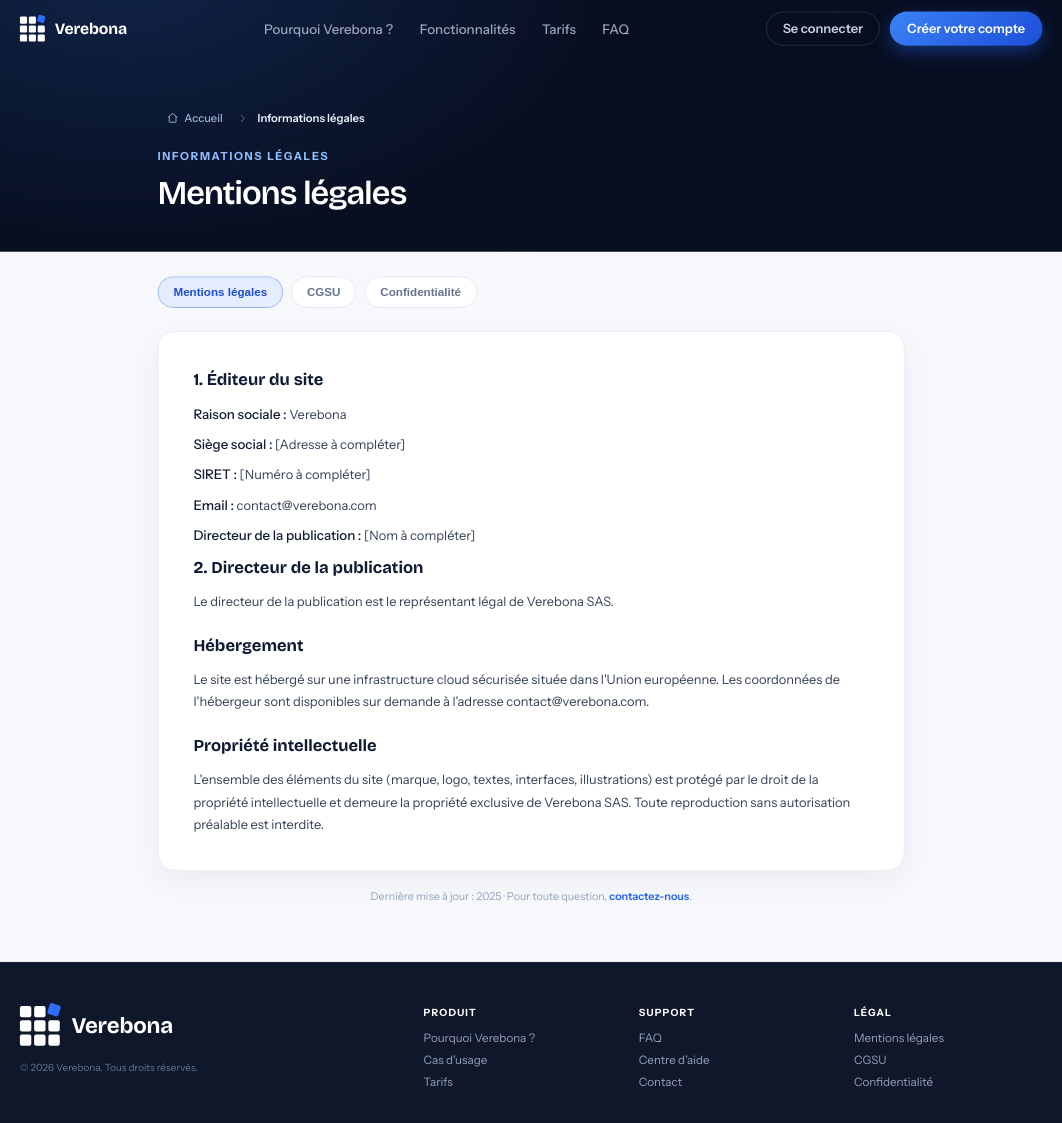
Repository: AdminVerebona/verebona-public
Page: /mentions-legales
The author's editor kept a copy of each file at every save. The page is drawn from the files as they stood at one save, then again after the next save.
The browser window is 1280 px wide. The pictures show the whole page, at 83% of full size.
The project was rebuilt for these pictures with package versions that can differ from the ones it lists, and the page was loaded fresh each time. Also part of the build but not shown: next.config.mjs, vite.config.js, vite.config.ts, src/composables/useLanding.ts, src/sections/HeroSection.vue, src/sections/WhySection.vue, src/sections/UseCasesSection.vue, src/sections/FeaturesSection.vue and 6 more.

Above is the page before, as saved 2026-07-10 15:11:12.

### index.html
<!doctype html>
<html lang="fr">
  <head>
    <meta charset="UTF-8" />
    <meta name="viewport" content="width=device-width, initial-scale=1.0" />
    <title>Verebona — Centralisez, organisez, valorisez vos biens</title>
    <meta
      name="description"
      content="Verebona centralise vos biens, documents et échéances pour les retrouver facilement, anticiper les dates importantes et valoriser vos biens le moment venu."
    />
  </head>
  <body>
    <div id="app"></div>
    <script type="module" src="/src/main.ts"></script>
  </body>
</html>

### src/main.ts
import { createApp } from 'vue'
import App from './App.vue'
import router from './router'
import { vHover } from './directives/hover'
import './style.css'

createApp(App)
  .use(router)
  .directive('hover', vHover)
  .mount('#app')

### src/App.vue
<template>
  <div style="background:#070E20;color:#EAF0FB;overflow-x:hidden;min-height:100vh">
    <AppHeader />
    <router-view />
    <AppFooter />
  </div>
</template>

<script setup lang="ts">
import { onMounted, watch, nextTick } from 'vue'
import { useRoute } from 'vue-router'
import AppHeader from './components/AppHeader.vue'
import AppFooter from './components/AppFooter.vue'
import { useScrollReveal } from './composables/useScrollReveal'

const route = useRoute()
const { scan } = useScrollReveal()

onMounted(() => { scan() })

// Re-scan reveal targets whenever the route (page) changes.
watch(
  () => route.fullPath,
  () => { nextTick(() => setTimeout(scan, 60)) },
)
</script>

### src/router/index.ts
import { createRouter, createWebHistory } from 'vue-router'
import HomeView from '../views/HomeView.vue'

const routes = [
  { path: '/', name: 'home', component: HomeView },
  { path: '/aide', name: 'help', component: () => import('../views/HelpView.vue') },
  { path: '/contact', name: 'contact', component: () => import('../views/ContactView.vue') },
  { path: '/mentions-legales', name: 'legal-mentions', component: () => import('../views/LegalView.vue') },
  { path: '/cgu', name: 'legal-cgu', component: () => import('../views/LegalView.vue') },
  { path: '/confidentialite', name: 'legal-confid', component: () => import('../views/LegalView.vue') },
  { path: '/:pathMatch(.*)*', name: 'not-found', component: () => import('../views/NotFoundView.vue') },
]

const router = createRouter({
  history: createWebHistory(),
  routes,
  scrollBehavior(to) {
    if (to.hash) return { el: to.hash, behavior: 'smooth' }
    return { top: 0 }
  },
})

export default router

### src/directives/hover.ts
import type { Directive } from 'vue'

/**
 * v-hover — applies a set of inline styles while the pointer is over the
 * element, and restores the previous values on leave. Reproduces the
 * `style-hover` behaviour of the design prototype.
 *
 * Usage:  <a v-hover="{ color: '#fff', transform: 'translateY(-1px)' }">
 */
type HoverStyles = Record<string, string>

interface HoverEl extends HTMLElement {
  __hoverEnter?: () => void
  __hoverLeave?: () => void
}

export const vHover: Directive<HoverEl, HoverStyles> = {
  mounted(el, binding) {
    const styles = binding.value || {}
    const original: HoverStyles = {}

    const enter = () => {
      for (const key in styles) {
        original[key] = (el.style as any)[key]
        ;(el.style as any)[key] = styles[key]
      }
    }
    const leave = () => {
      for (const key in styles) {
        ;(el.style as any)[key] = original[key] || ''
      }
    }

    el.__hoverEnter = enter
    el.__hoverLeave = leave
    el.addEventListener('mouseenter', enter)
    el.addEventListener('mouseleave', leave)
  },
  unmounted(el) {
    if (el.__hoverEnter) el.removeEventListener('mouseenter', el.__hoverEnter)
    if (el.__hoverLeave) el.removeEventListener('mouseleave', el.__hoverLeave)
  },
}

### src/composables/useScrollReveal.ts
/**
 * Scroll-reveal: adds `.vb-in` to `.vb-reveal` / `.vb-rgroup` elements as they
 * enter the viewport (staggering the children of a group). Ported from the
 * prototype's IntersectionObserver logic. Honours prefers-reduced-motion and
 * has a safety timeout so content is never left hidden.
 */
let io: IntersectionObserver | null = null

const reduce =
  typeof window !== 'undefined' &&
  !!window.matchMedia &&
  window.matchMedia('(prefers-reduced-motion: reduce)').matches

if (!reduce && typeof document !== 'undefined') {
  document.documentElement.classList.add('vb-anim')
}

function revealAll() {
  document.querySelectorAll('.vb-reveal').forEach((e) => e.classList.add('vb-in'))
  document.querySelectorAll('.vb-rgroup > *').forEach((e) => e.classList.add('vb-in'))
}

function ensureObserver() {
  if (io || reduce || typeof window === 'undefined' || !('IntersectionObserver' in window)) return
  io = new IntersectionObserver(
    (entries) => {
      entries.forEach((entry) => {
        if (!entry.isIntersecting) return
        const el = entry.target as HTMLElement
        io!.unobserve(el)
        if (el.classList.contains('vb-rgroup')) {
          Array.from(el.children).forEach((c, i) => {
            ;(c as HTMLElement).style.transitionDelay = i * 90 + 'ms'
            c.classList.add('vb-in')
          })
        } else {
          el.classList.add('vb-in')
        }
      })
    },
    { threshold: 0.12, rootMargin: '0px 0px -8% 0px' },
  )
}

export function useScrollReveal() {
  function scan() {
    if (reduce || typeof window === 'undefined' || !('IntersectionObserver' in window)) {
      revealAll()
      return
    }
    ensureObserver()
    document.querySelectorAll('.vb-reveal, .vb-rgroup').forEach((el) => io!.observe(el))
    // Safety net: never leave content hidden.
    window.setTimeout(revealAll, 2200)
  }
  return { scan }
}

### src/views/LegalView.vue
<template>
<section style="position:relative;padding:128px 24px 48px;overflow:hidden;background:radial-gradient(1000px 560px at 12% -10%,rgba(59,130,246,.18),transparent 60%),#070E20">
  <div style="position:absolute;inset:0;background-image:radial-gradient(rgba(148,163,184,.09) 1px,transparent 1px);background-size:34px 34px;-webkit-mask-image:linear-gradient(to bottom,#000,transparent 85%);mask-image:linear-gradient(to bottom,#000,transparent 85%);pointer-events:none"></div>
  <div style="max-width:900px;margin:0 auto;position:relative">
    <nav aria-label="Fil d'Ariane" style="margin-bottom:24px"><ol style="display:flex;align-items:center;gap:6px;list-style:none;margin:0;padding:0;font-size:13.5px"><li style="display:flex;align-items:center"><a href="#" @click.prevent="goHome" style="display:inline-flex;align-items:center;gap:7px;color:#9FB4D8;font-weight:500;padding:6px 11px;border-radius:9px;cursor:pointer;transition:color .15s,background .15s" v-hover="{color:'#fff',background:'rgba(255,255,255,.06)'}"><svg width="14" height="14" viewBox="0 0 24 24" fill="none" stroke="currentColor" stroke-width="1.9" stroke-linecap="round" stroke-linejoin="round"><path d="M3 10.5 12 3l9 7.5"/><path d="M5 9.5V20a1 1 0 0 0 1 1h12a1 1 0 0 0 1-1V9.5"/></svg>Accueil</a></li><li aria-hidden="true" style="display:flex;color:#42557A"><svg width="15" height="15" viewBox="0 0 24 24" fill="none" stroke="currentColor" stroke-width="2" stroke-linecap="round" stroke-linejoin="round"><path d="M9 6l6 6-6 6"/></svg></li><li aria-current="page" style="color:#EAF0FB;font-weight:600;padding:6px 4px">{{ crumbLabel }}</li></ol></nav>
    <div style="font-size:13.5px;letter-spacing:.15em;text-transform:uppercase;font-weight:800;color:#8FBEFF;margin-bottom:16px">Informations légales</div>
    <h1 style="font-size:40px;line-height:1.08;font-weight:600;letter-spacing:-.025em;color:#fff">{{ legalTitle }}</h1>
  </div>
</section>
<section style="background:#F6F8FC;padding:30px 24px 72px">
  <div style="max-width:900px;margin:0 auto">
    <div style="display:flex;flex-wrap:wrap;gap:10px;margin-bottom:28px">
      <button type="button" :style="legalMentionsStyle" @click.prevent="goMentions">Mentions légales</button>
      <button type="button" :style="legalCGUStyle" @click.prevent="goCGU">CGSU</button>
      <button type="button" :style="legalConfidStyle" @click.prevent="goConfid">Confidentialité</button>
    </div>
    <div style="background:#fff;border:1px solid #E6EBF3;border-radius:20px;padding:40px 42px;box-shadow:0 12px 34px rgba(15,27,51,.05)">
      <template v-if="isMentions">
        <div style="font-size:15.5px;line-height:1.75;color:#334155">
          <h2 style="font-size:20px;font-weight:700;color:#0F1B33;font-family:'Bricolage Grotesque',sans-serif;margin:0 0 10px">1. Éditeur du site</h2>
          <p style="margin:0 0 8px"><span style="font-size:16px;font-weight:500;color:#0F1B33">Raison sociale :</span> Verebona</p>
          <p style="margin:0 0 8px"><span style="font-size:16px;font-weight:500;color:#0F1B33">Siège social :</span> [Adresse à compléter]</p>
          <p style="margin:0 0 8px"><span style="font-size:16px;font-weight:500;color:#0F1B33">SIRET :</span> [Numéro à compléter]</p>
          <p style="margin:0 0 8px"><span style="font-size:16px;font-weight:500;color:#0F1B33">Email :</span> contact@verebona.com</p>
          <p style="margin:0 0 8px"><span style="font-size:16px;font-weight:500;color:#0F1B33">Directeur de la publication :</span> [Nom à compléter]</p>
          <h2 style="font-size:20px;font-weight:700;color:#0F1B33;font-family:'Bricolage Grotesque',sans-serif;margin:0 0 10px">2. Directeur de la publication</h2>
          <p style="margin:0 0 22px">Le directeur de la publication est le représentant légal de Verebona SAS.</p>
          <h2 style="font-size:20px;font-weight:700;color:#0F1B33;font-family:'Bricolage Grotesque',sans-serif;margin:0 0 10px">Hébergement</h2>
          <p style="margin:0 0 22px">Le site est hébergé sur une infrastructure cloud sécurisée située dans l'Union européenne. Les coordonnées de l'hébergeur sont disponibles sur demande à l'adresse contact@verebona.com.</p>
          <h2 style="font-size:20px;font-weight:700;color:#0F1B33;font-family:'Bricolage Grotesque',sans-serif;margin:0 0 10px">Propriété intellectuelle</h2>
          <p style="margin:0">L'ensemble des éléments du site (marque, logo, textes, interfaces, illustrations) est protégé par le droit de la propriété intellectuelle et demeure la propriété exclusive de Verebona SAS. Toute reproduction sans autorisation préalable est interdite.</p>
        </div>
      </template>
      <template v-if="isCGU">
        <div style="font-size:15.5px;line-height:1.75;color:#334155">
          <h2 style="font-size:20px;font-weight:700;color:#0F1B33;font-family:'Bricolage Grotesque',sans-serif;margin:0 0 10px">1. Objet</h2>
          <p style="margin:0 0 22px">Les présentes conditions générales de service et d'utilisation (CGSU) définissent les modalités d'accès et d'utilisation de la plateforme Verebona, service de centralisation et d'organisation documentaire du patrimoine.</p>
          <h2 style="font-size:20px;font-weight:700;color:#0F1B33;font-family:'Bricolage Grotesque',sans-serif;margin:0 0 10px">2. Compte et abonnement</h2>
          <p style="margin:0 0 22px">L'accès au service nécessite la création d'un compte et la souscription d'une offre. L'utilisateur s'engage à fournir des informations exactes et à préserver la confidentialité de ses identifiants.</p>
          <h2 style="font-size:20px;font-weight:700;color:#0F1B33;font-family:'Bricolage Grotesque',sans-serif;margin:0 0 10px">3. Nature du service</h2>
          <p style="margin:0 0 22px">Verebona est une plateforme d'organisation. Les documents importés ne sont ni certifiés, ni validés, ni garantis juridiquement. L'utilisateur reste seul responsable de l'exactitude des informations qu'il enregistre.</p>
          <h2 style="font-size:20px;font-weight:700;color:#0F1B33;font-family:'Bricolage Grotesque',sans-serif;margin:0 0 10px">4. Responsabilités</h2>
          <p style="margin:0 0 22px">Verebona met en œuvre les moyens raisonnables pour assurer la disponibilité et la sécurité du service, sans obligation de résultat concernant une disponibilité ininterrompue.</p>
          <h2 style="font-size:20px;font-weight:700;color:#0F1B33;font-family:'Bricolage Grotesque',sans-serif;margin:0 0 10px">5. Résiliation</h2>
          <p style="margin:0">L'utilisateur peut résilier son abonnement à tout moment. Des modalités de récupération des données sont prévues afin d'éviter tout verrouillage à la fin du contrat.</p>
        </div>
      </template>
      <template v-if="isConfid">
        <div style="font-size:15.5px;line-height:1.75;color:#334155">
          <h2 style="font-size:20px;font-weight:700;color:#0F1B33;font-family:'Bricolage Grotesque',sans-serif;margin:0 0 10px">Données collectées</h2>
          <p style="margin:0 0 22px">Verebona collecte les données nécessaires au fonctionnement du service : informations de compte, contenus importés (fiches de biens, documents) et données d'usage strictement utiles à l'amélioration du service.</p>
          <h2 style="font-size:20px;font-weight:700;color:#0F1B33;font-family:'Bricolage Grotesque',sans-serif;margin:0 0 10px">Finalités</h2>
          <p style="margin:0 0 22px">Les données sont traitées pour fournir le service, assurer la sécurité, et répondre aux obligations légales. Elles ne sont jamais cédées à des tiers à des fins commerciales.</p>
          <h2 style="font-size:20px;font-weight:700;color:#0F1B33;font-family:'Bricolage Grotesque',sans-serif;margin:0 0 10px">Sécurité</h2>
          <p style="margin:0 0 22px">Vos données sont chiffrées lors du stockage et des échanges, et hébergées sur une infrastructure sécurisée au sein de l'Union européenne.</p>
          <h2 style="font-size:20px;font-weight:700;color:#0F1B33;font-family:'Bricolage Grotesque',sans-serif;margin:0 0 10px">Vos droits</h2>
          <p style="margin:0">Conformément au RGPD, vous disposez d'un droit d'accès, de rectification, de portabilité et de suppression de vos données. Pour exercer ces droits, écrivez à contact@verebona.com.</p>
        </div>
      </template>
    </div>
    <p style="font-size:13px;color:#94A3B8;margin-top:22px;text-align:center">Dernière mise à jour : 2025 · Pour toute question, <a href="#" @click.prevent="goContact" style="color:#2563EB;font-weight:600">contactez-nous</a>.</p>
  </div>
</section>
</template>

<script setup lang="ts">
import { useLegal } from '../composables/useLegal'
import { useNav } from '../composables/useNav'
const { isMentions, isCGU, isConfid, legalTitle, legalMentionsStyle, legalCGUStyle, legalConfidStyle, crumbLabel } = useLegal()
const { goHome, goContact, goMentions, goCGU, goConfid } = useNav()
</script>

### src/composables/useNav.ts
import { ref, computed, nextTick } from 'vue'
import { useRouter, useRoute } from 'vue-router'

// Shared across header + footer + mobile menu.
const menuOpen = ref(false)

/**
 * useNav — header/footer navigation. Page links use vue-router; the four
 * in-page section links (Pourquoi / Fonctionnalités / Tarifs / FAQ) route to
 * home first if needed, then smooth-scroll to the anchor.
 */
export function useNav() {
  const router = useRouter()
  const route = useRoute()

  const toggleMenu = () => { menuOpen.value = !menuOpen.value }
  const closeMenu = () => { menuOpen.value = false }

  function scrollToId(id: string) {
    const el = document.getElementById(id)
    if (el && el.scrollIntoView) {
      try { el.scrollIntoView({ behavior: 'smooth', block: 'start' }) } catch { /* noop */ }
    }
  }
  function goToAnchor(id: string) {
    closeMenu()
    if (route.path !== '/') {
      router.push('/').then(() => nextTick(() => setTimeout(() => scrollToId(id), 80)))
    } else {
      scrollToId(id)
    }
  }

  const goHome = () => { closeMenu(); router.push('/') }
  const goAide = () => { closeMenu(); router.push('/aide') }
  const goContact = () => { closeMenu(); router.push('/contact') }
  const goMentions = () => { closeMenu(); router.push('/mentions-legales') }
  const goCGU = () => { closeMenu(); router.push('/cgu') }
  const goConfid = () => { closeMenu(); router.push('/confidentialite') }

  const navPourquoi = () => goToAnchor('pourquoi')
  const navFeatures = () => goToAnchor('features')
  const navPricing = () => goToAnchor('pricing')
  const navFaq = () => goToAnchor('faq')
  const navCasUsage = () => goToAnchor('cas-usage')

  const burgerBase = 'display:block;width:20px;height:2px;border-radius:2px;background:#fff;transition:transform .25s,opacity .25s;'
  const burgerTop = computed(() => burgerBase + 'transform:' + (menuOpen.value ? 'translateY(6px) rotate(45deg)' : 'none'))
  const burgerMid = computed(() => burgerBase + 'opacity:' + (menuOpen.value ? '0' : '1'))
  const burgerBot = computed(() => burgerBase + 'transform:' + (menuOpen.value ? 'translateY(-6px) rotate(-45deg)' : 'none'))

  return {
    menuOpen, toggleMenu, closeMenu,
    goHome, goAide, goContact, goMentions, goCGU, goConfid,
    navPourquoi, navFeatures, navPricing, navFaq, navCasUsage,
    burgerTop, burgerMid, burgerBot,
  }
}

### src/composables/useLegal.ts
import { computed } from 'vue'
import { useRoute } from 'vue-router'

/**
 * Legal page — a single view with three tabs (mentions / cgu / confid),
 * each mapped to its own route so they are independently linkable & indexable:
 *   /mentions-legales   /cgu   /confidentialite
 */
export function useLegal() {
  const route = useRoute()

  const tab = computed<'mentions' | 'cgu' | 'confid'>(() => {
    if (route.path.includes('cgu')) return 'cgu'
    if (route.path.includes('confidentialite')) return 'confid'
    return 'mentions'
  })

  const isMentions = computed(() => tab.value === 'mentions')
  const isCGU = computed(() => tab.value === 'cgu')
  const isConfid = computed(() => tab.value === 'confid')

  const legalTitle = computed(() =>
    tab.value === 'cgu'
      ? "Conditions générales de service et d'utilisation"
      : tab.value === 'confid'
        ? 'Politique de confidentialité'
        : 'Mentions légales',
  )

  const tabStyle = (a: boolean) =>
    `padding:10px 18px;border-radius:999px;font-size:14px;font-weight:600;cursor:pointer;border:1px solid ${a ? 'rgba(37,99,235,.4)' : '#E2E8F0'};background:${a ? 'rgba(37,99,235,.08)' : '#fff'};color:${a ? '#1D4ED8' : '#64748B'};transition:all .15s`

  const legalMentionsStyle = computed(() => tabStyle(isMentions.value))
  const legalCGUStyle = computed(() => tabStyle(isCGU.value))
  const legalConfidStyle = computed(() => tabStyle(isConfid.value))

  return {
    isMentions, isCGU, isConfid, legalTitle,
    legalMentionsStyle, legalCGUStyle, legalConfidStyle,
    crumbLabel: 'Informations légales',
  }
}

Loaded but not shown: src/components/AppHeader.vue (68 lines, source omitted); src/components/AppFooter.vue (21 lines, source omitted); src/style.css (59 lines, source omitted)

After the next save:
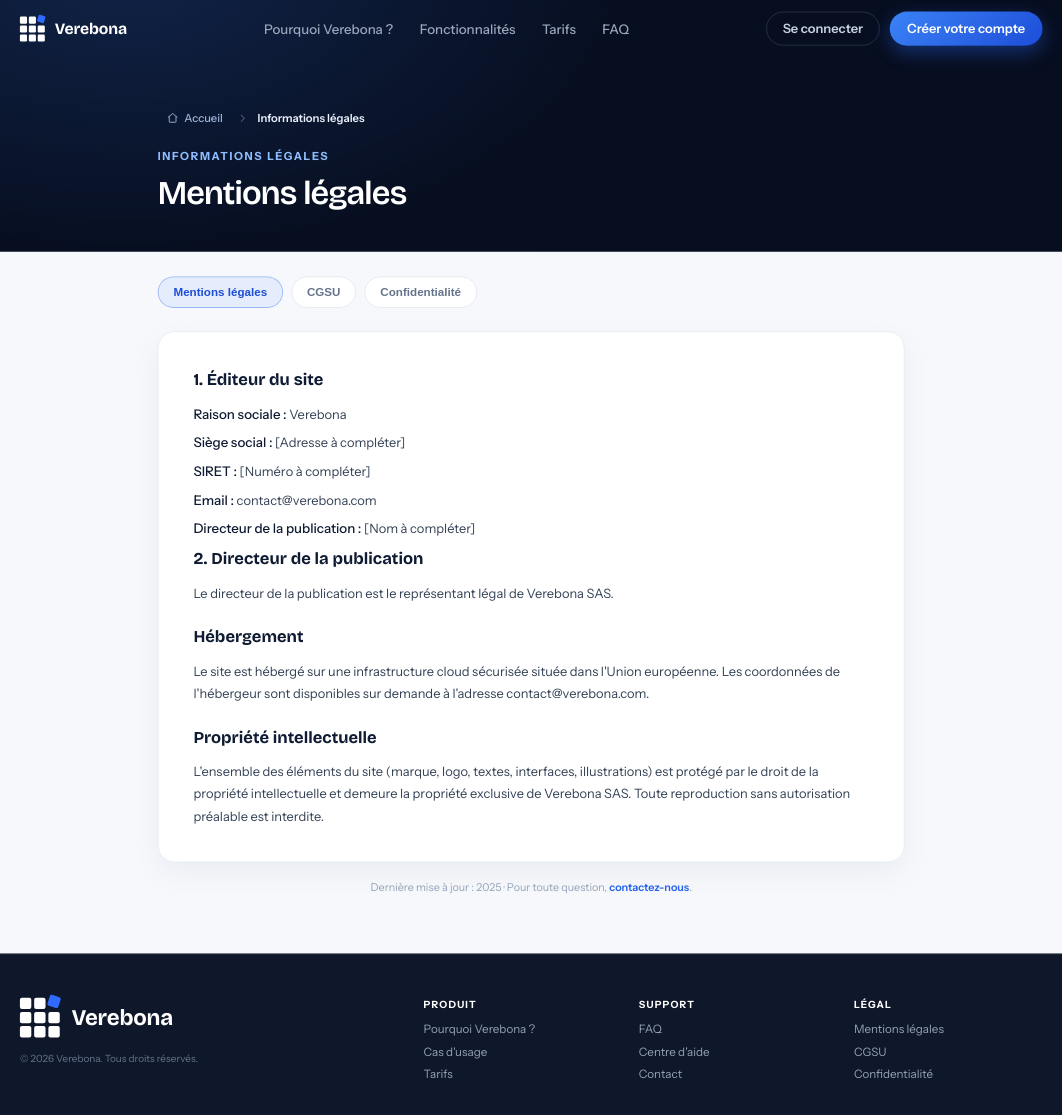
Saved 10 s later.
--- a/src/views/LegalView.vue
+++ b/src/views/LegalView.vue
@@ -18,11 +18,11 @@
       <template v-if="isMentions">
         <div style="font-size:15.5px;line-height:1.75;color:#334155">
           <h2 style="font-size:20px;font-weight:700;color:#0F1B33;font-family:'Bricolage Grotesque',sans-serif;margin:0 0 10px">1. Éditeur du site</h2>
-          <p style="margin:0 0 8px"><span style="font-size:16px;font-weight:500;color:#0F1B33">Raison sociale :</span> Verebona</p>
-          <p style="margin:0 0 8px"><span style="font-size:16px;font-weight:500;color:#0F1B33">Siège social :</span> [Adresse à compléter]</p>
-          <p style="margin:0 0 8px"><span style="font-size:16px;font-weight:500;color:#0F1B33">SIRET :</span> [Numéro à compléter]</p>
-          <p style="margin:0 0 8px"><span style="font-size:16px;font-weight:500;color:#0F1B33">Email :</span> contact@verebona.com</p>
-          <p style="margin:0 0 8px"><span style="font-size:16px;font-weight:500;color:#0F1B33">Directeur de la publication :</span> [Nom à compléter]</p>
+          <p style="margin:0 0 6px"><span style="font-size:16px;font-weight:500;color:#0F1B33">Raison sociale :</span> Verebona</p>
+          <p style="margin:0 0 6px"><span style="font-size:16px;font-weight:500;color:#0F1B33">Siège social :</span> [Adresse à compléter]</p>
+          <p style="margin:0 0 6px"><span style="font-size:16px;font-weight:500;color:#0F1B33">SIRET :</span> [Numéro à compléter]</p>
+          <p style="margin:0 0 6px"><span style="font-size:16px;font-weight:500;color:#0F1B33">Email :</span> contact@verebona.com</p>
+          <p style="margin:0 0 6px"><span style="font-size:16px;font-weight:500;color:#0F1B33">Directeur de la publication :</span> [Nom à compléter]</p>
           <h2 style="font-size:20px;font-weight:700;color:#0F1B33;font-family:'Bricolage Grotesque',sans-serif;margin:0 0 10px">2. Directeur de la publication</h2>
           <p style="margin:0 0 22px">Le directeur de la publication est le représentant légal de Verebona SAS.</p>
           <h2 style="font-size:20px;font-weight:700;color:#0F1B33;font-family:'Bricolage Grotesque',sans-serif;margin:0 0 10px">Hébergement</h2>
